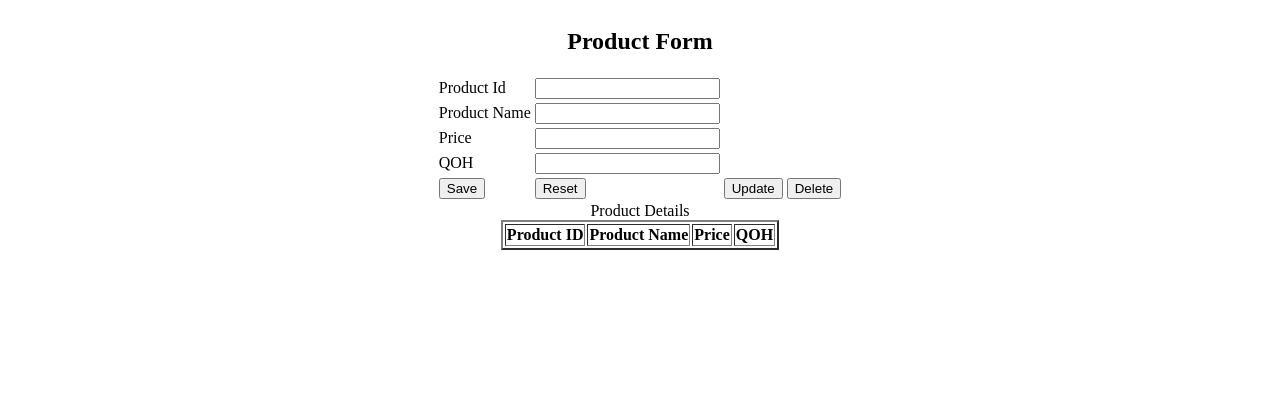
Repository: theplaygod97/Deloitte
Page: http://localhost/Demospringboot/WEB-INF/views/productForm.jsp
These files come from the project's save history. The page is drawn as it stood at one moment and after the next save; the edit follows.
The browser window is 1280 px wide. The pictures show the whole page.
The page is served by Tomcat 9. Nobody is signed in. Other server files are loaded and not shown. The template is opened directly, without the code that normally fills it, so the values that code supplies are empty.

Above is the page before, as saved 2020-01-15 05:36:35.

### Day 18/Demospringboot/src/main/webapp/WEB-INF/views/productForm.jsp
<%@ page language="java" contentType="text/html; charset=ISO-8859-1"
    pageEncoding="ISO-8859-1"%>
<%@ taglib uri= "http://www.springframework.org/tags/form" prefix ="f" %>
<%@ taglib uri= "http://java.sun.com/jsp/jstl/core" prefix="c" %>
<!DOCTYPE html>
<html>
<head>
<meta charset="ISO-8859-1">
<title>Product Form</title>
</head>
<body>

<f:form  >
<div align="center">
<table>

<caption> <h2>Product Form</h2></caption>


<tr><td>Product Id</td><td><f:input path="productId" name="productId" id="productId"/></td></tr>

<tr><td>Product Name</td><td><f:input path="productName" name="productName" id="productName"/></td></tr>

<tr><td>Price</td><td><f:input path="price" name="price" id="price"/></td></tr>

<tr><td>QOH</td><td><f:input path="qoh" name="qoh" id="qoh"/> </td></tr>

<tr>
<td><input type="submit" value="Save" formaction="saveProduct"></td>

<td><input type="reset" value="Reset" ></td>

<td><input type="submit" value="Update" formaction="updateProduct"></td>

<td><input type="submit" value="Delete" formaction="deleteProduct"></td>
</tr>

</table>
</div>
</f:form>


<center>Product Details</center>
<div align="center">
<table border = 2 >
<th>Product ID</th><th>Product Name</th><th>Price</th><th>QOH</th>
	<c:forEach items="${allProducts}" var="product">
	<tr>
	<td><c:out value="${product.productId }"></c:out></td>
	<td><c:out value="${product.productName }"></c:out></td>
	<td><c:out value="${product.price }"></c:out></td>
	<td><c:out value="${product.qoh }"></c:out></td>
	</tr>

</c:forEach>
</table>
</div>

After the next save:
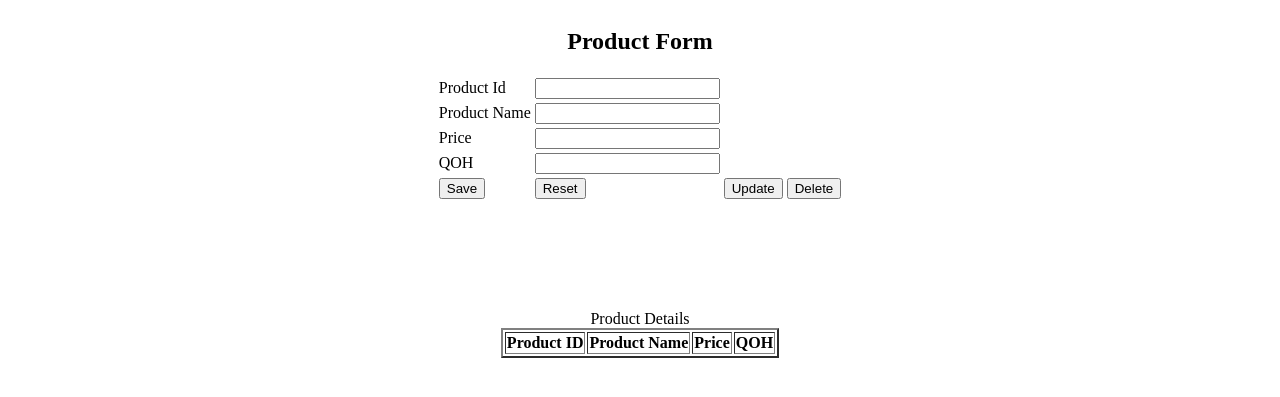
Saved 70 s later.
--- a/Day 18/Demospringboot/src/main/webapp/WEB-INF/views/productForm.jsp
+++ b/Day 18/Demospringboot/src/main/webapp/WEB-INF/views/productForm.jsp
@@ -38,8 +38,12 @@
 </table>
 </div>
 </f:form>
-
-
+<br>
+<br>
+<br>
+<br>
+<br>
+<br>
 <center>Product Details</center>
 <div align="center">
 <table border = 2 >
